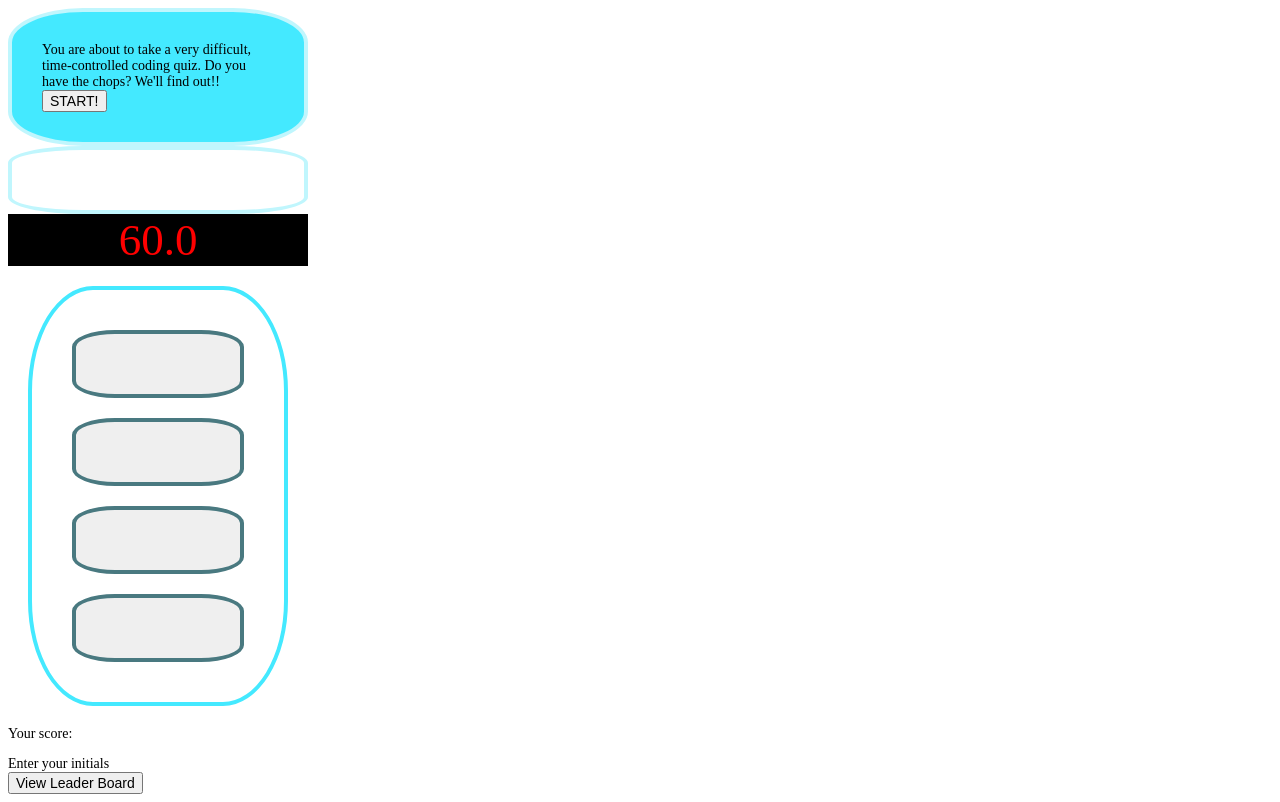
Repository: stuart-rickard/coding-quiz
Page: index.html
These files come from the project's save history. The page is drawn as it stood at one moment and after the next save; the edit follows.
The browser window is 1280 px wide. The pictures show the whole page.
After loading, the first visible `#starter-button` was clicked once.

Above is the page before, as saved 2021-11-23 03:55:45.

After the next save:
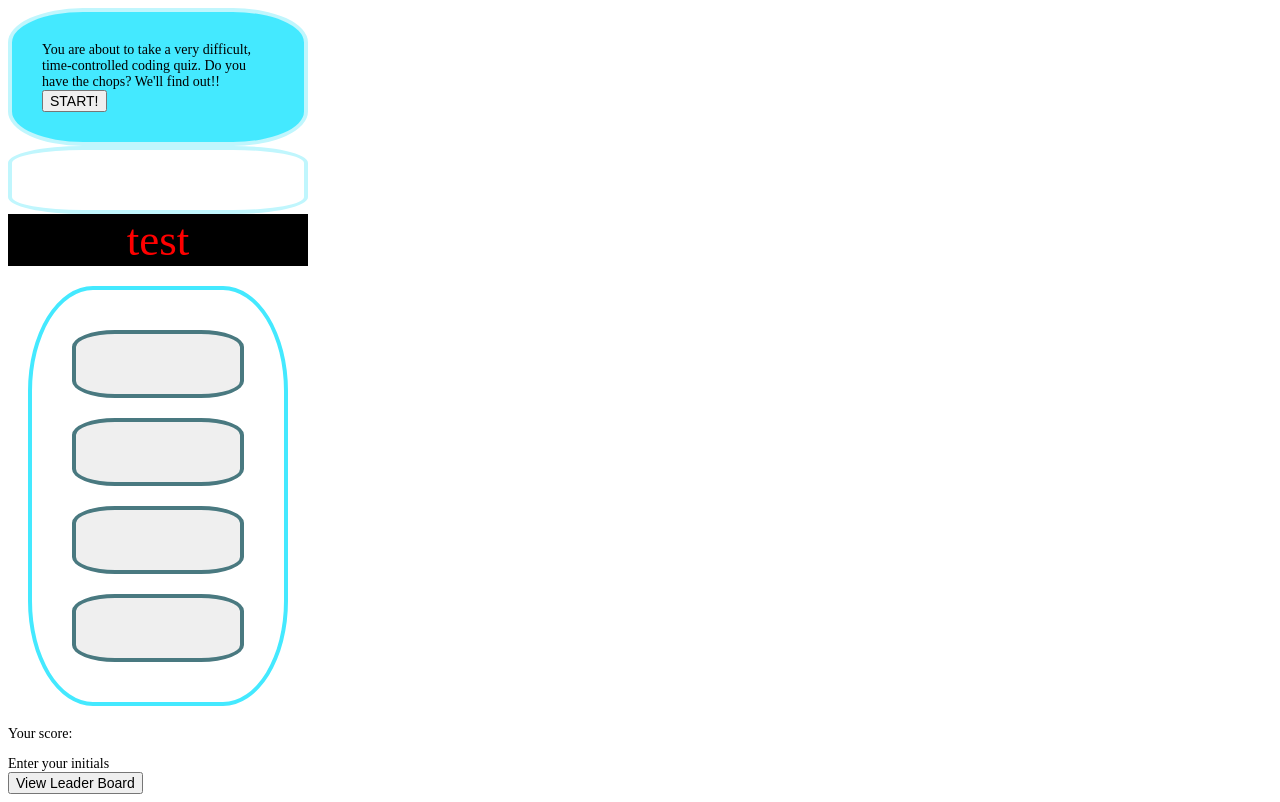
Saved 85 s later.
--- a/assets/js/script.js
+++ b/assets/js/script.js
@@ -19,7 +19,7 @@
         if (timer <= 0) {
             clearInterval(timerDecrement);
         }
-        timer.innerHTML = 'test';
+        timerDisplay.innerHTML = 'test';
     };
     // call reduction of timer variable each one tenth of a second
     var timerDecrement = setInterval(decreaseTimerVariable,100);
